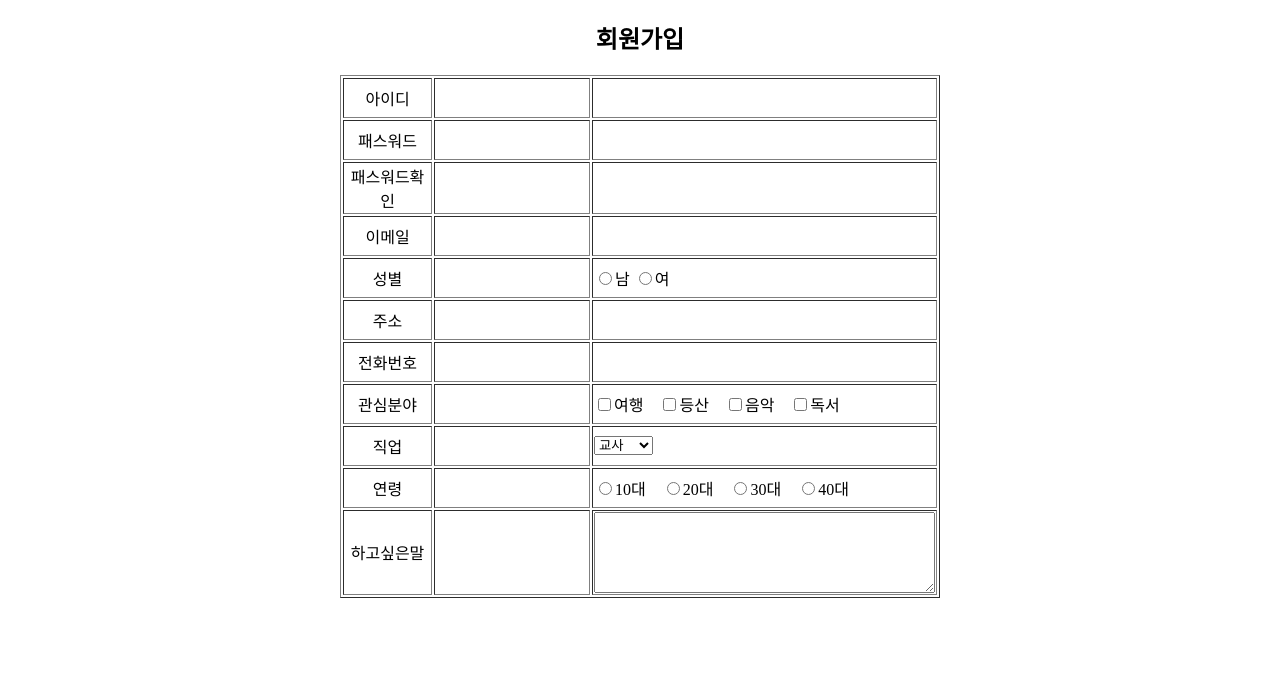
Repository: topblame/Bootcamp
Page: http://localhost/JSP_250408/chapter01/02_member.jsp
The author's editor kept a copy of each file at every save. The page is drawn from the files as they stood at one save, then again after the next save.
The browser window is 1280 px wide. The pictures show the whole page.
The page is served by Tomcat 9.

Above is the page before, as saved 2025-06-24 03:57:49.

After the next save:
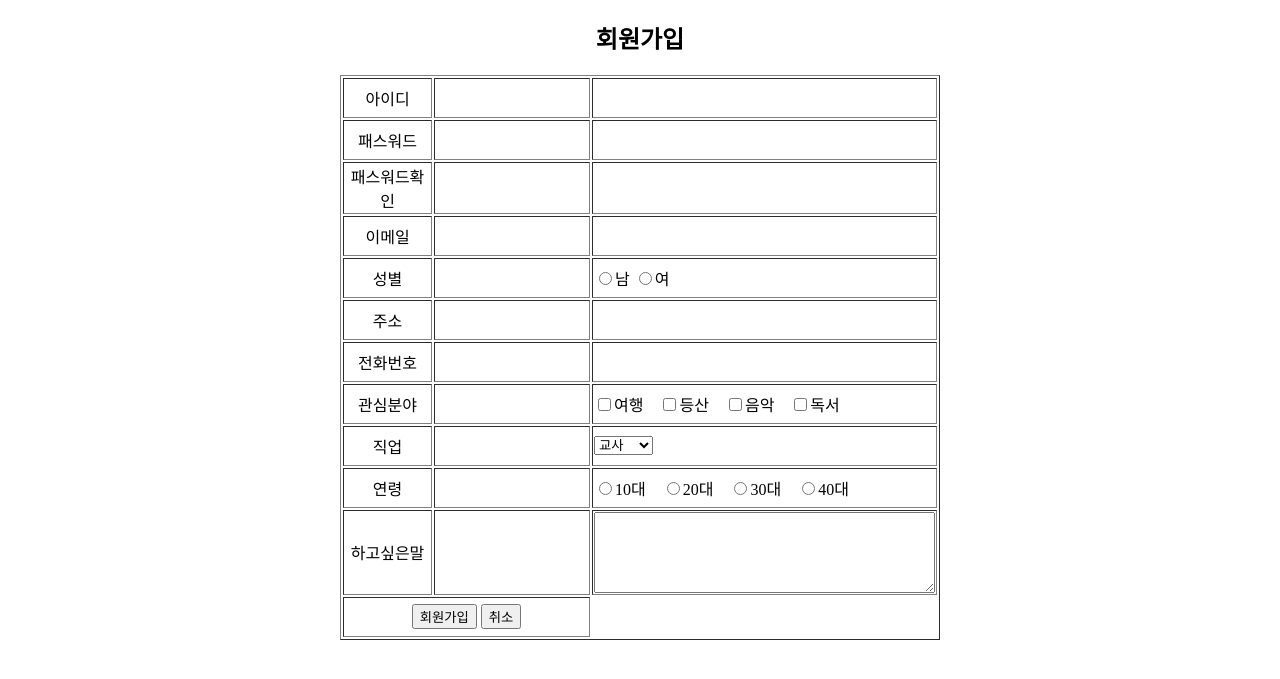
Saved 28 s later.
--- a/WebMvc/JSP_250408/src/main/webapp/chapter01/02_member.jsp
+++ b/WebMvc/JSP_250408/src/main/webapp/chapter01/02_member.jsp
@@ -115,6 +115,13 @@
 					</td>
 				</tr>
 
+				<tr height="40">
+               	<td width="600" align="center" colspan="2">
+               	<input type="submit" value="회원가입">
+               	<input type="reset" value="취소">
+               	</td>
+            </tr>
+
 			</table>
 		</form>
 	</center>
